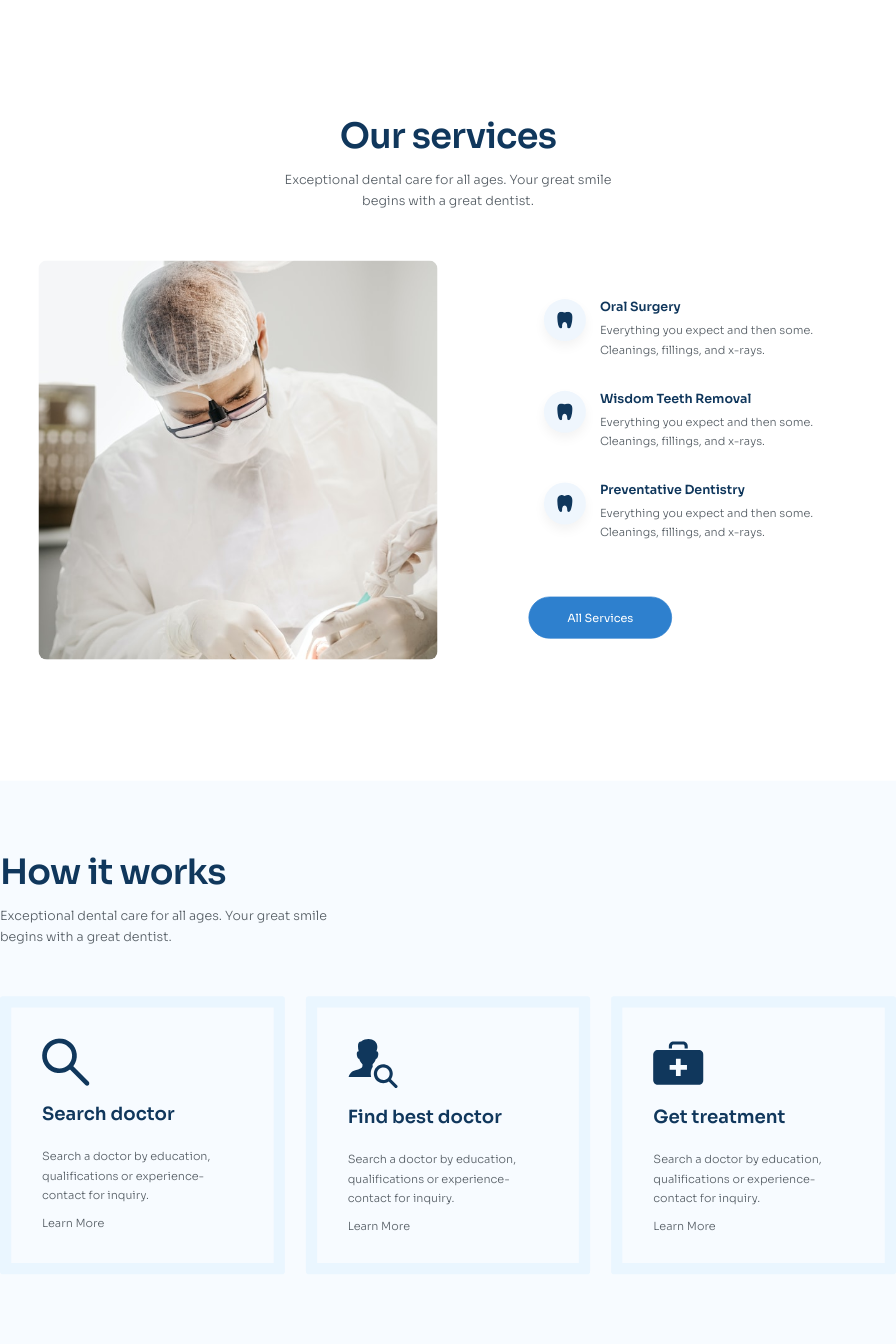
Repository: anhtien111198/f8-htmlcss-03
Page: index.html
The author's editor kept a copy of each file at every save. The page is drawn from the files as they stood at one save, then again after the next save.
The browser window is 1280 px wide. The pictures show the part of the page from y = 726 to 2646 px (the page is 2646 px tall), at 70% of full size.

Above is the page before, as saved 2023-05-13 14:36:06.

### index.html
<!DOCTYPE html>
<html lang="en">
    <head>
        <meta charset="UTF-8" />
        <meta http-equiv="X-UA-Compatible" content="IE=edge" />
        <meta name="viewport" content="width=device-width, initial-scale=1.0" />
        <title>shine smile</title>
        <!-- favicon -->
        <link
            rel="apple-touch-icon"
            sizes="57x57"
            href="./assets/favicon/apple-icon-57x57.png"
        />
        <link
            rel="apple-touch-icon"
            sizes="60x60"
            href="./assets/favicon/apple-icon-60x60.png"
        />
        <link
            rel="apple-touch-icon"
            sizes="72x72"
            href="./assets/favicon/apple-icon-72x72.png"
        />
        <link
            rel="apple-touch-icon"
            sizes="76x76"
            href="./assets/favicon/apple-icon-76x76.png"
        />
        <link
            rel="apple-touch-icon"
            sizes="114x114"
            href="./assets/favicon/apple-icon-114x114.png"
        />
        <link
            rel="apple-touch-icon"
            sizes="120x120"
            href="./assets/favicon/apple-icon-120x120.png"
        />
        <link
            rel="apple-touch-icon"
            sizes="144x144"
            href="./assets/favicon/apple-icon-144x144.png"
        />
        <link
            rel="apple-touch-icon"
            sizes="152x152"
            href="./assets/favicon/apple-icon-152x152.png"
        />
        <link
            rel="apple-touch-icon"
            sizes="180x180"
            href="./assets/favicon/apple-icon-180x180.png"
        />
        <link
            rel="icon"
            type="image/png"
            sizes="192x192"
            href="./assets/favicon/android-icon-192x192.png"
        />
        <link
            rel="icon"
            type="image/png"
            sizes="32x32"
            href="./assets/favicon/favicon-32x32.png"
        />
        <link
            rel="icon"
            type="image/png"
            sizes="96x96"
            href="./assets/favicon/favicon-96x96.png"
        />
        <link
            rel="icon"
            type="image/png"
            sizes="16x16"
            href="./assets/favicon/favicon-16x16.png"
        />
        <link rel="manifest" href="./assets/favicon/manifest.json" />
        <meta name="msapplication-TileColor" content="#ffffff" />
        <meta
            name="msapplication-TileImage"
            content="./assets/favicon/ms-icon-144x144.png"
        />
        <meta name="theme-color" content="#ffffff" />
        <!-- font -->
        <link rel="preconnect" href="https://fonts.googleapis.com" />
        <link rel="preconnect" href="https://fonts.gstatic.com" crossorigin />
        <link
            href="https://fonts.googleapis.com/css2?family=Sora:wght@200;300;400;500;600;700;800&display=swap"
            rel="stylesheet"
        />
        <!-- reset css -->
        <link rel="stylesheet" href="./assets/css/reset.css" />
        <!-- style css -->
        <link rel="stylesheet" href="./assets/css/style.css" />
    </head>
    <body>
        <!-- header -->
        <header class="header">
            <div class="container">
                <!-- header top -->
                <div class="header-top">
                    <!-- logo -->
                    <a href="/">
                        <div class="logo">
                            <span class="logo__circle"></span>
                            <span class="logo__text">
                                <span class="logo__brand">shine</span>
                                <span class="logo__brand logo__brand--small">
                                    smile
                                </span>
                            </span>
                        </div>
                    </a>
                    <!-- navbar -->
                    <nav class="navbar">
                        <ul class="navbar__list">
                            <li class="navbar__item">
                                <a
                                    href="#!"
                                    class="navbar__link navbar__link--active"
                                >
                                    Home
                                </a>
                            </li>
                            <li class="navbar__item">
                                <a href="#!" class="navbar__link">Services</a>
                            </li>
                            <li class="navbar__item">
                                <a href="#!" class="navbar__link">About</a>
                            </li>
                            <li class="navbar__item">
                                <a href="#!" class="navbar__link">Doctors</a>
                            </li>
                        </ul>
                    </nav>
                    <!-- action -->
                    <div class="header-action">
                        <a href="#!" class="header-action__login">Log In</a>
                        <button href="#!" class="btn header-action__signup">
                            Sign Up
                        </button>
                    </div>
                </div>
                <!-- Hero -->
                <section class="hero">
                    <!-- hero content -->
                    <section class="hero__content">
                        <h1 class="hero__heading">
                            Exceptional dental care for all ages.
                        </h1>
                        <p class="hero__desc">
                            Exceptional dental care for all ages. Your great
                            smile begins with a great dentist.
                        </p>
                        <div class="hero__row">
                            <a href="" class="btn">Book Online</a>
                            <span class="hero__phone"
                                >or call (123) 456-7890</span
                            >
                        </div>
                    </section>
                    <!-- hero media -->
                    <div class="hero__media">
                        <figure class="hero__images">
                            <img
                                src="./assets/image/hero-01jpg.jpg"
                                alt=""
                                class="hero__img"
                            />
                            <img
                                src="./assets/image/hero-02.jpg"
                                alt=""
                                class="hero__img"
                            />
                        </figure>
                    </div>
                </section>
            </div>
        </header>
        <main style="height: 5000">
            <!-- service -->
            <section class="service">
                <div class="container">
                    <h2 class="service__heading section-heading">
                        Our services
                    </h2>
                    <p class="service__desc section-desc">
                        Exceptional dental care for all ages. Your great smile
                        begins with a great dentist.
                    </p>
                    <div class="service__row">
                        <figure class="service__images">
                            <img
                                src="./assets/image/service-1.jpg"
                                alt=""
                                class="service__img"
                            />
                        </figure>
                        <div>
                            <div class="service__list">
                                <!-- service item 1 -->
                                <section class="service-item">
                                    <div class="service-item__icon">
                                        <svg
                                            width="22"
                                            height="24"
                                            viewBox="0 0 22 24"
                                            fill="none"
                                            xmlns="http://www.w3.org/2000/svg"
                                        >
                                            <path
                                                d="M20.3598 2.63964C17.9506 -0.556131 14.2772 -0.568132 11.2481 1.10682C11.001 1.24657 10.7219 1.31411 10.4406 1.30222C10.1592 1.29033 9.88633 1.19945 9.65105 1.03931C8.49552 0.245717 7.29036 -0.316477 5.13904 0.207462C0.623408 1.3071 0 4.90379 0 8.99816C0.0797353 12.1602 0.500857 15.3032 1.25551 18.3683C2.11836 22.0168 3.90382 24 5.43354 24C6.96326 24 7.00963 22.2204 7.00963 20.8016C7.00963 19.2009 7.39505 14.8009 10.8642 14.8009C13.5317 14.8009 14.3333 18.4013 14.3333 20.8016C14.3329 23.095 15.1722 24 16.6628 24C19.5267 24 20.9796 15.3938 21.3719 13.1237C21.7642 10.8535 22.9882 6.12569 20.3598 2.63964Z"
                                                fill="currentColor"
                                            />
                                        </svg>
                                    </div>
                                    <div class="service-item__body">
                                        <h3 class="service-item__heading">
                                            Oral Surgery
                                        </h3>
                                        <p class="service-item__desc">
                                            Everything you expect and then some.
                                            Cleanings, fillings, and x-rays.
                                        </p>
                                    </div>
                                </section>
                                <!-- service item 2 -->
                                <section class="service-item">
                                    <div class="service-item__icon">
                                        <svg
                                            width="22"
                                            height="24"
                                            viewBox="0 0 22 24"
                                            fill="none"
                                            xmlns="http://www.w3.org/2000/svg"
                                        >
                                            <path
                                                d="M20.3598 2.63964C17.9506 -0.556131 14.2772 -0.568132 11.2481 1.10682C11.001 1.24657 10.7219 1.31411 10.4406 1.30222C10.1592 1.29033 9.88633 1.19945 9.65105 1.03931C8.49552 0.245717 7.29036 -0.316477 5.13904 0.207462C0.623408 1.3071 0 4.90379 0 8.99816C0.0797353 12.1602 0.500857 15.3032 1.25551 18.3683C2.11836 22.0168 3.90382 24 5.43354 24C6.96326 24 7.00963 22.2204 7.00963 20.8016C7.00963 19.2009 7.39505 14.8009 10.8642 14.8009C13.5317 14.8009 14.3333 18.4013 14.3333 20.8016C14.3329 23.095 15.1722 24 16.6628 24C19.5267 24 20.9796 15.3938 21.3719 13.1237C21.7642 10.8535 22.9882 6.12569 20.3598 2.63964Z"
                                                fill="currentColor"
                                            />
                                        </svg>
                                    </div>
                                    <div class="service-item__body">
                                        <h3 class="service-item__heading">
                                            Wisdom Teeth Removal
                                        </h3>
                                        <p class="service-item__desc">
                                            Everything you expect and then some.
                                            Cleanings, fillings, and x-rays.
                                        </p>
                                    </div>
                                </section>
                                <!-- service item 3 -->
                                <section class="service-item">
                                    <div class="service-item__icon">
                                        <svg
                                            width="22"
                                            height="24"
                                            viewBox="0 0 22 24"
                                            fill="none"
                                            xmlns="http://www.w3.org/2000/svg"
                                        >
                                            <path
                                                d="M20.3598 2.63964C17.9506 -0.556131 14.2772 -0.568132 11.2481 1.10682C11.001 1.24657 10.7219 1.31411 10.4406 1.30222C10.1592 1.29033 9.88633 1.19945 9.65105 1.03931C8.49552 0.245717 7.29036 -0.316477 5.13904 0.207462C0.623408 1.3071 0 4.90379 0 8.99816C0.0797353 12.1602 0.500857 15.3032 1.25551 18.3683C2.11836 22.0168 3.90382 24 5.43354 24C6.96326 24 7.00963 22.2204 7.00963 20.8016C7.00963 19.2009 7.39505 14.8009 10.8642 14.8009C13.5317 14.8009 14.3333 18.4013 14.3333 20.8016C14.3329 23.095 15.1722 24 16.6628 24C19.5267 24 20.9796 15.3938 21.3719 13.1237C21.7642 10.8535 22.9882 6.12569 20.3598 2.63964Z"
                                                fill="currentColor"
                                            />
                                        </svg>
                                    </div>
                                    <div class="service-item__body">
                                        <h3 class="service-item__heading">
                                            Preventative Dentistry
                                        </h3>
                                        <p class="service-item__desc">
                                            Everything you expect and then some.
                                            Cleanings, fillings, and x-rays.
                                        </p>
                                    </div>
                                </section>
                            </div>
                            <a href="#!" class="btn">All Services</a>
                        </div>
                    </div>
                </div>
            </section>
            <!-- how its works -->
            <section class="work">
                <h2 class="section-heading">How it works</h2>
                <p class="section-desc work__desc">
                    Exceptional dental care for all ages. Your great smile
                    begins with a great dentist.
                </p>
                <div class="work__list">
                    <!-- work item 1 -->
                    <div class="work-item">
                        <img
                            src="./assets/icons/search.svg"
                            alt=""
                            class="work-item__icon"
                        />
                        <h3 class="work-item__heading">Search doctor</h3>
                        <p class="work-item__desc">
                            Search a doctor by education, qualifications or
                            experience-contact for inquiry.
                        </p>
                        <a href="#!" class="work-item__more">Learn More</a>
                    </div>
                    <!-- work item 2 -->
                    <div class="work-item">
                        <img
                            src="./assets/icons/search-user.svg"
                            alt=""
                            class="work-item__icon"
                        />
                        <h3 class="work-item__heading">Find best doctor</h3>
                        <p class="work-item__desc">
                            Search a doctor by education, qualifications or
                            experience-contact for inquiry.
                        </p>
                        <a href="#!" class="work-item__more">Learn More</a>
                    </div>
                    <!-- work item 3 -->
                    <div class="work-item">
                        <img
                            src="./assets/icons/bag.svg"
                            alt=""
                            class="work-item__icon"
                        />
                        <h3 class="work-item__heading">Get treatment</h3>
                        <p class="work-item__desc">
                            Search a doctor by education, qualifications or
                            experience-contact for inquiry.
                        </p>
                        <a href="#!" class="work-item__more">Learn More</a>
                    </div>
                </div>
            </section>
        </main>
    </body>
</html>

Loaded but not shown: assets/css/reset.css (common file); assets/css/style.css (315 lines, source omitted)

After the next save:
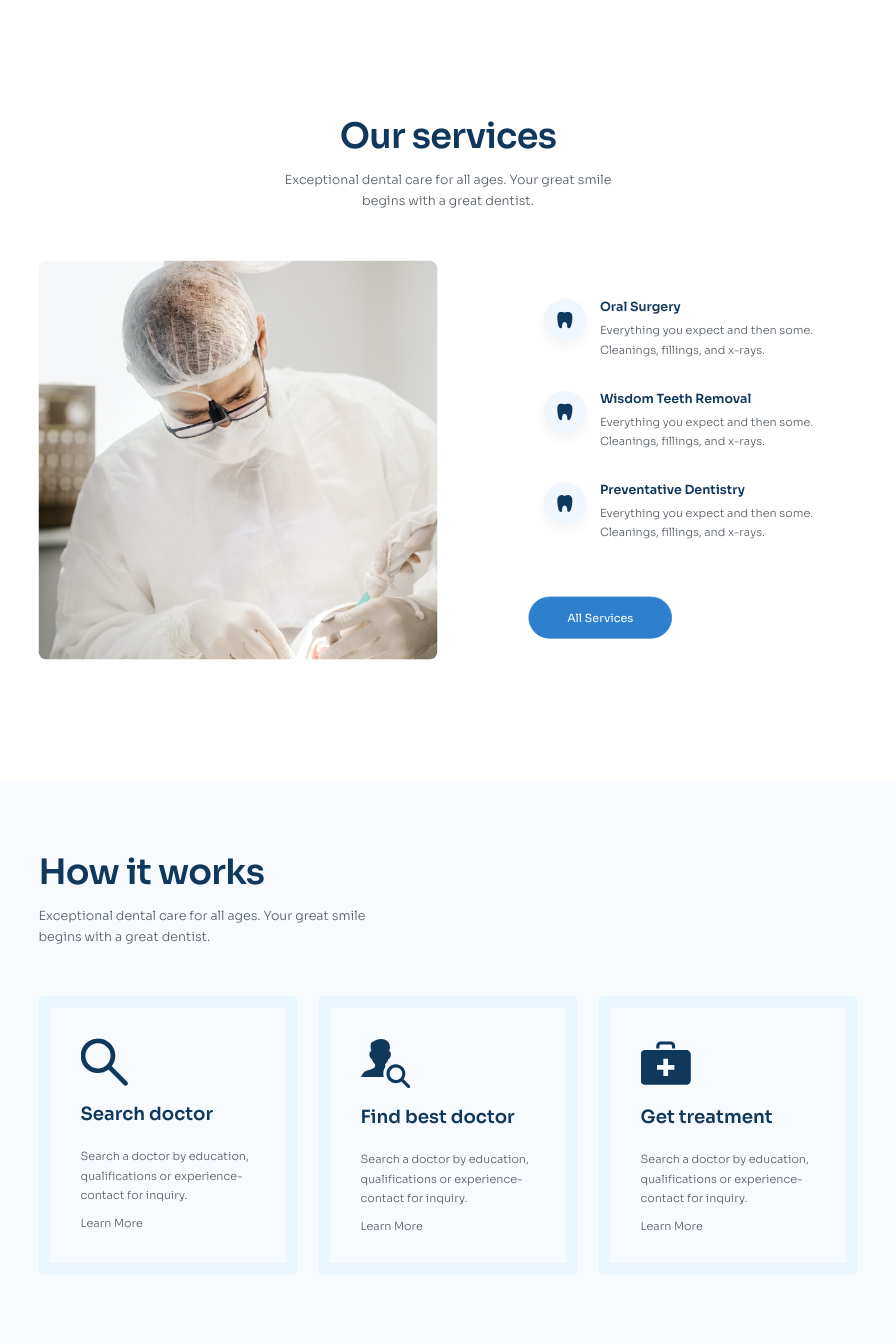
Saved 85 s later.
--- a/index.html
+++ b/index.html
@@ -285,53 +285,55 @@
             </section>
             <!-- how its works -->
             <section class="work">
-                <h2 class="section-heading">How it works</h2>
-                <p class="section-desc work__desc">
-                    Exceptional dental care for all ages. Your great smile
-                    begins with a great dentist.
-                </p>
-                <div class="work__list">
-                    <!-- work item 1 -->
-                    <div class="work-item">
-                        <img
-                            src="./assets/icons/search.svg"
-                            alt=""
-                            class="work-item__icon"
-                        />
-                        <h3 class="work-item__heading">Search doctor</h3>
-                        <p class="work-item__desc">
-                            Search a doctor by education, qualifications or
-                            experience-contact for inquiry.
-                        </p>
-                        <a href="#!" class="work-item__more">Learn More</a>
-                    </div>
-                    <!-- work item 2 -->
-                    <div class="work-item">
-                        <img
-                            src="./assets/icons/search-user.svg"
-                            alt=""
-                            class="work-item__icon"
-                        />
-                        <h3 class="work-item__heading">Find best doctor</h3>
-                        <p class="work-item__desc">
-                            Search a doctor by education, qualifications or
-                            experience-contact for inquiry.
-                        </p>
-                        <a href="#!" class="work-item__more">Learn More</a>
-                    </div>
-                    <!-- work item 3 -->
-                    <div class="work-item">
-                        <img
-                            src="./assets/icons/bag.svg"
-                            alt=""
-                            class="work-item__icon"
-                        />
-                        <h3 class="work-item__heading">Get treatment</h3>
-                        <p class="work-item__desc">
-                            Search a doctor by education, qualifications or
-                            experience-contact for inquiry.
-                        </p>
-                        <a href="#!" class="work-item__more">Learn More</a>
+                <div class="container">
+                    <h2 class="section-heading">How it works</h2>
+                    <p class="section-desc work__desc">
+                        Exceptional dental care for all ages. Your great smile
+                        begins with a great dentist.
+                    </p>
+                    <div class="work__list">
+                        <!-- work item 1 -->
+                        <div class="work-item">
+                            <img
+                                src="./assets/icons/search.svg"
+                                alt=""
+                                class="work-item__icon"
+                            />
+                            <h3 class="work-item__heading">Search doctor</h3>
+                            <p class="work-item__desc">
+                                Search a doctor by education, qualifications or
+                                experience-contact for inquiry.
+                            </p>
+                            <a href="#!" class="work-item__more">Learn More</a>
+                        </div>
+                        <!-- work item 2 -->
+                        <div class="work-item">
+                            <img
+                                src="./assets/icons/search-user.svg"
+                                alt=""
+                                class="work-item__icon"
+                            />
+                            <h3 class="work-item__heading">Find best doctor</h3>
+                            <p class="work-item__desc">
+                                Search a doctor by education, qualifications or
+                                experience-contact for inquiry.
+                            </p>
+                            <a href="#!" class="work-item__more">Learn More</a>
+                        </div>
+                        <!-- work item 3 -->
+                        <div class="work-item">
+                            <img
+                                src="./assets/icons/bag.svg"
+                                alt=""
+                                class="work-item__icon"
+                            />
+                            <h3 class="work-item__heading">Get treatment</h3>
+                            <p class="work-item__desc">
+                                Search a doctor by education, qualifications or
+                                experience-contact for inquiry.
+                            </p>
+                            <a href="#!" class="work-item__more">Learn More</a>
+                        </div>
                     </div>
                 </div>
             </section>
